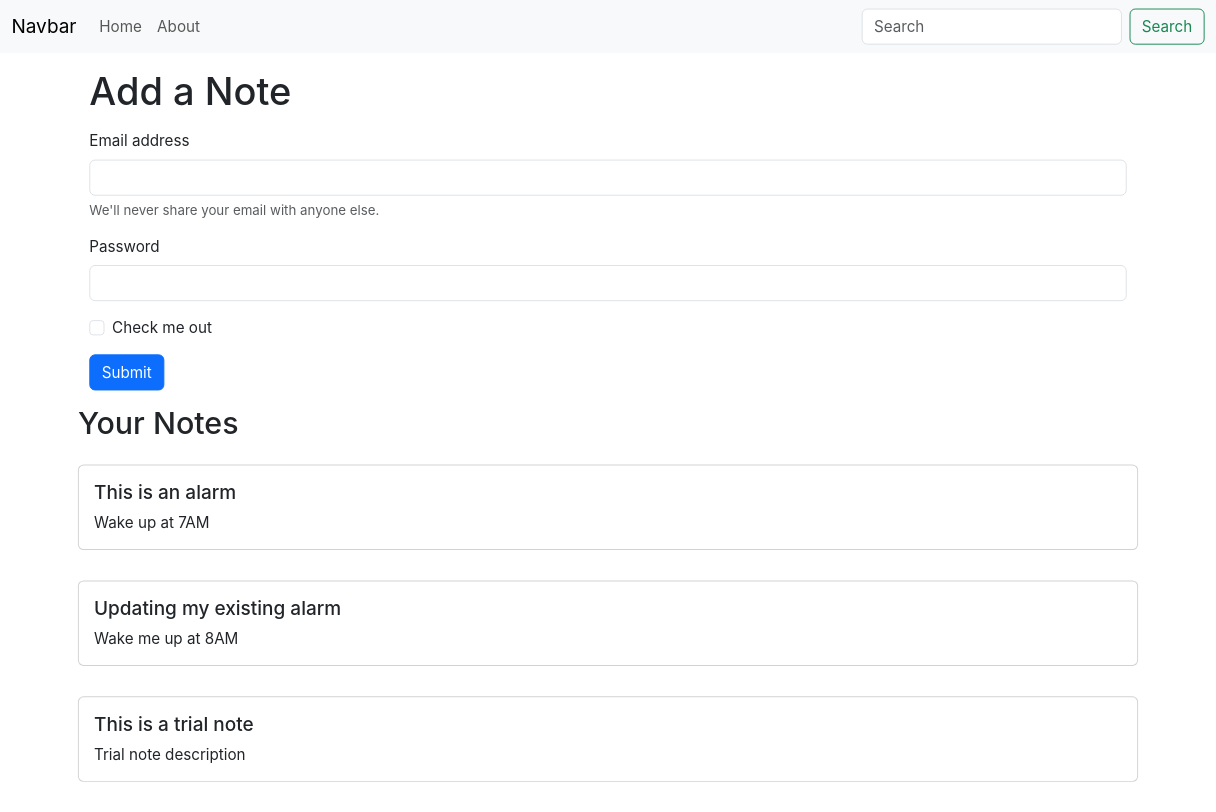
Repository: bhaveshdaipuria/inotebook
Page: /home
An editor plug-in stored every save of this project. The page is shown before and after the next save, followed by the edit.
The browser window is 1280 px wide. The pictures show the whole page, at 95% of full size.
The project was rebuilt for these pictures with package versions that can differ from the ones it lists, and the page was loaded fresh each time. Also part of the build but not shown: src/App.css, src/components/About.js.

Above is the page before, as saved 2023-05-03 14:22:04.

After the next save:
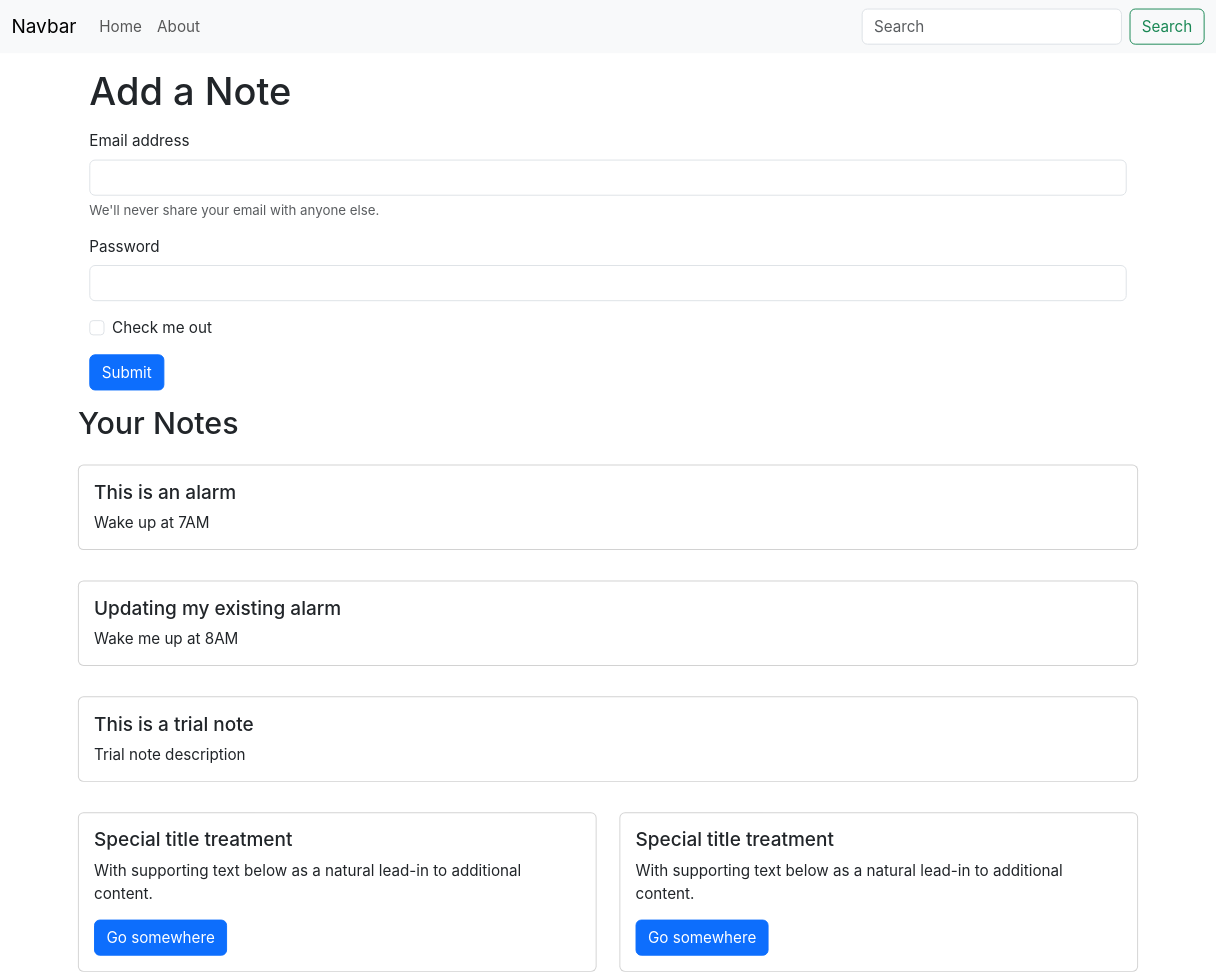
Saved 25 s later.
--- a/src/components/Home.js
+++ b/src/components/Home.js
@@ -24,6 +24,26 @@
 </form>
 </div>
 <Notes/>
+<div class="row">
+  <div class="col-sm-6 mb-3 mb-sm-0">
+    <div class="card">
+      <div class="card-body">
+        <h5 class="card-title">Special title treatment</h5>
+        <p class="card-text">With supporting text below as a natural lead-in to additional content.</p>
+        <a href="#" class="btn btn-primary">Go somewhere</a>
+      </div>
+    </div>
+  </div>
+  <div class="col-sm-6">
+    <div class="card">
+      <div class="card-body">
+        <h5 class="card-title">Special title treatment</h5>
+        <p class="card-text">With supporting text below as a natural lead-in to additional content.</p>
+        <a href="#" class="btn btn-primary">Go somewhere</a>
+      </div>
+    </div>
+  </div>
+</div>
 </div>
   )
 }

After the save that followed:
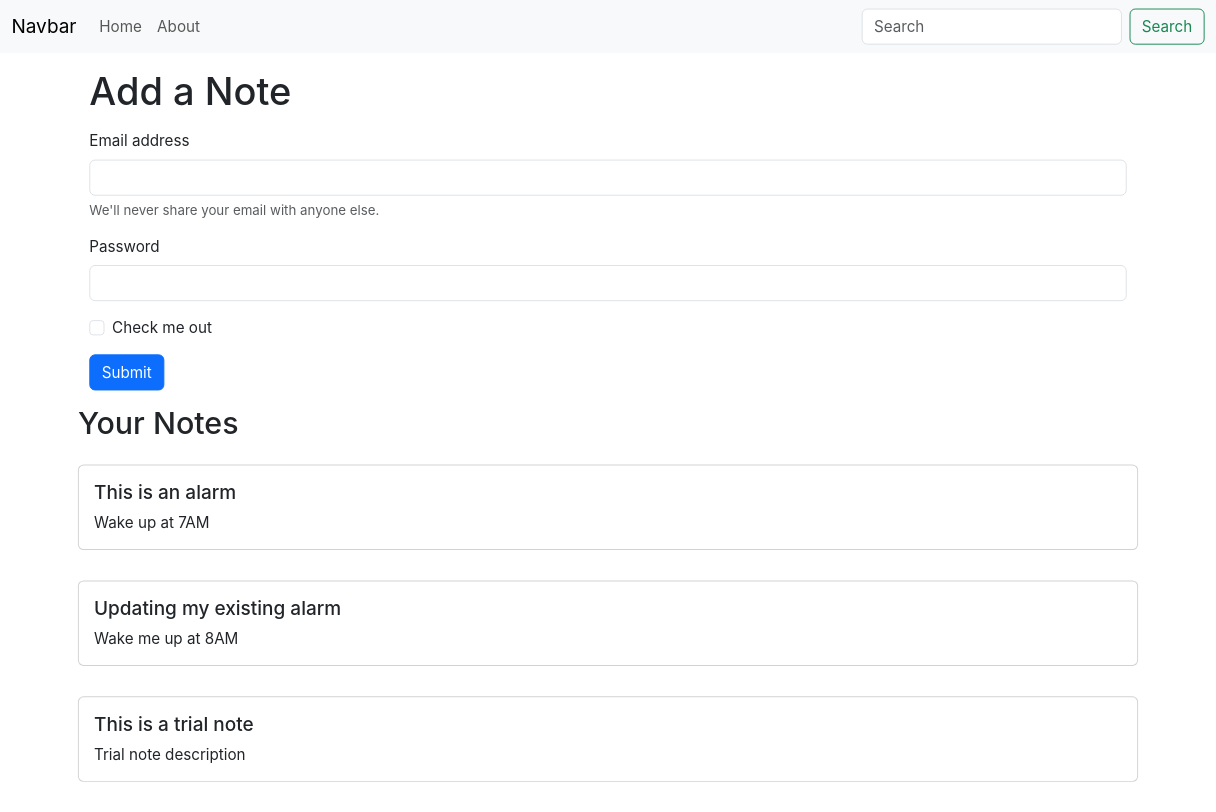
Saved 14 s later.
--- a/src/components/Home.js
+++ b/src/components/Home.js
@@ -24,26 +24,6 @@
 </form>
 </div>
 <Notes/>
-<div class="row">
-  <div class="col-sm-6 mb-3 mb-sm-0">
-    <div class="card">
-      <div class="card-body">
-        <h5 class="card-title">Special title treatment</h5>
-        <p class="card-text">With supporting text below as a natural lead-in to additional content.</p>
-        <a href="#" class="btn btn-primary">Go somewhere</a>
-      </div>
-    </div>
-  </div>
-  <div class="col-sm-6">
-    <div class="card">
-      <div class="card-body">
-        <h5 class="card-title">Special title treatment</h5>
-        <p class="card-text">With supporting text below as a natural lead-in to additional content.</p>
-        <a href="#" class="btn btn-primary">Go somewhere</a>
-      </div>
-    </div>
-  </div>
-</div>
 </div>
   )
 }
